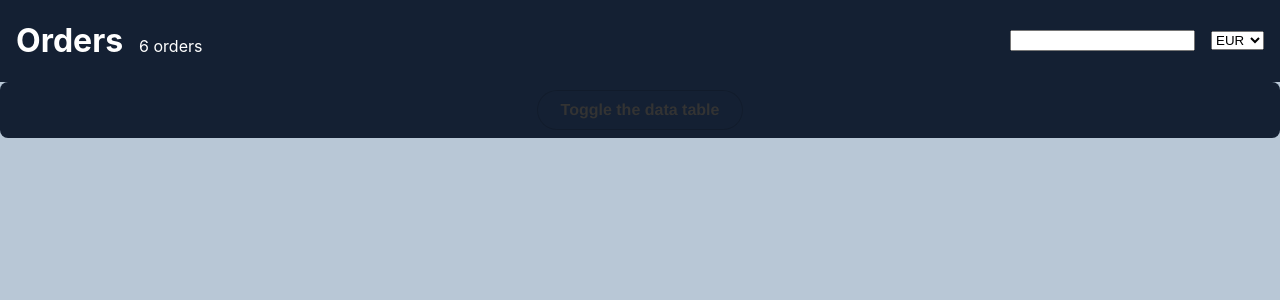
Repository: PreetiToppo/Assignment_Question_1
Page: /
These files come from the project's save history. The page is drawn as it stood at one moment and after the next save; the edit follows.
The browser window is 1280 px wide. The pictures show the whole page.
The project was rebuilt for these pictures with package versions that can differ from the ones it lists, and the page was loaded fresh each time. Also part of the build but not shown: src/component/list/ListRow.module.css, src/component/list/ListRow.jsx, src/component/list/ListRowCell.module.css, src/component/list/ListRowCell.jsx, src/component/list/ListHeader.jsx, src/component/list/ListHeaderCell.module.css, src/component/list/ListHeaderCell.jsx, src/component/list/List.module.css and 3 more.

Above is the page before, as saved 2023-08-06 13:27:06.

After the next save:
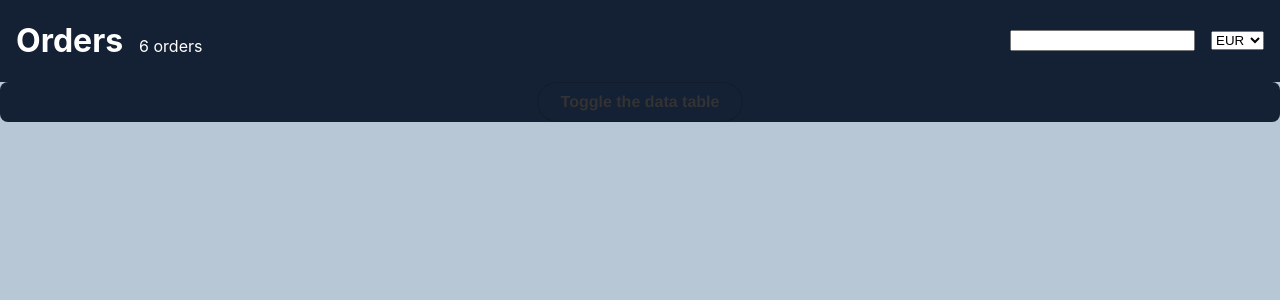
Saved 6 s later.
--- a/src/pages/Dashboard.module.css
+++ b/src/pages/Dashboard.module.css
@@ -31,8 +31,7 @@
   display: flex;
   justify-content: center;
   align-items: center;
-  gap: 1em;
-  padding: 0.5em;
+
   background-color: #142033;
   color: white;
   border-radius: 0.5em;

After the save that followed:
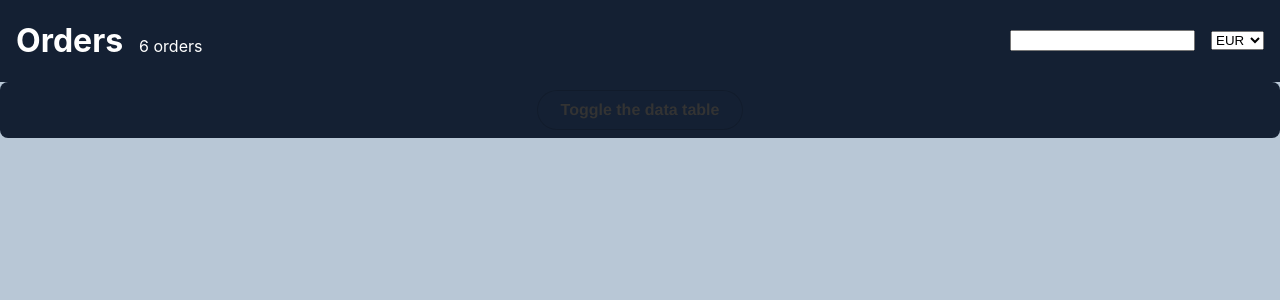
Saved 9 s later.
--- a/src/pages/Dashboard.module.css
+++ b/src/pages/Dashboard.module.css
@@ -31,7 +31,7 @@
   display: flex;
   justify-content: center;
   align-items: center;
-
+  padding: 0.5em;
   background-color: #142033;
   color: white;
   border-radius: 0.5em;
